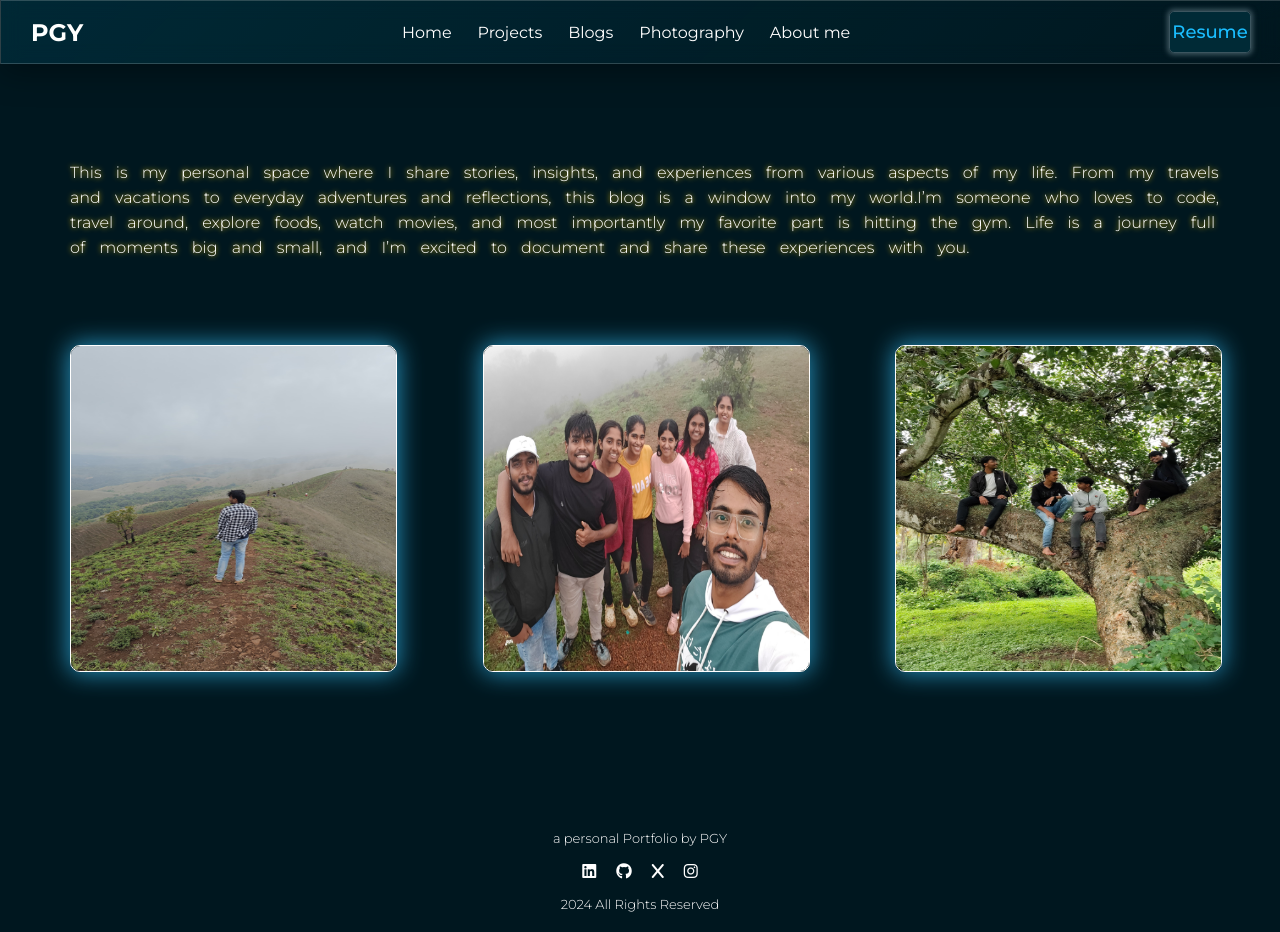
Repository: pgyunknown/pgyunknown
Page: personal_blog.html
The author's editor kept a copy of each file at every save. The page is drawn from the files as they stood at one save, then again after a run of saves.
The browser window is 1280 px wide. The pictures show the whole page.
Some web libraries are served in a nearby version.

Above is the page before, as saved 2024-08-16 22:00:19.

After the next 3 saves:
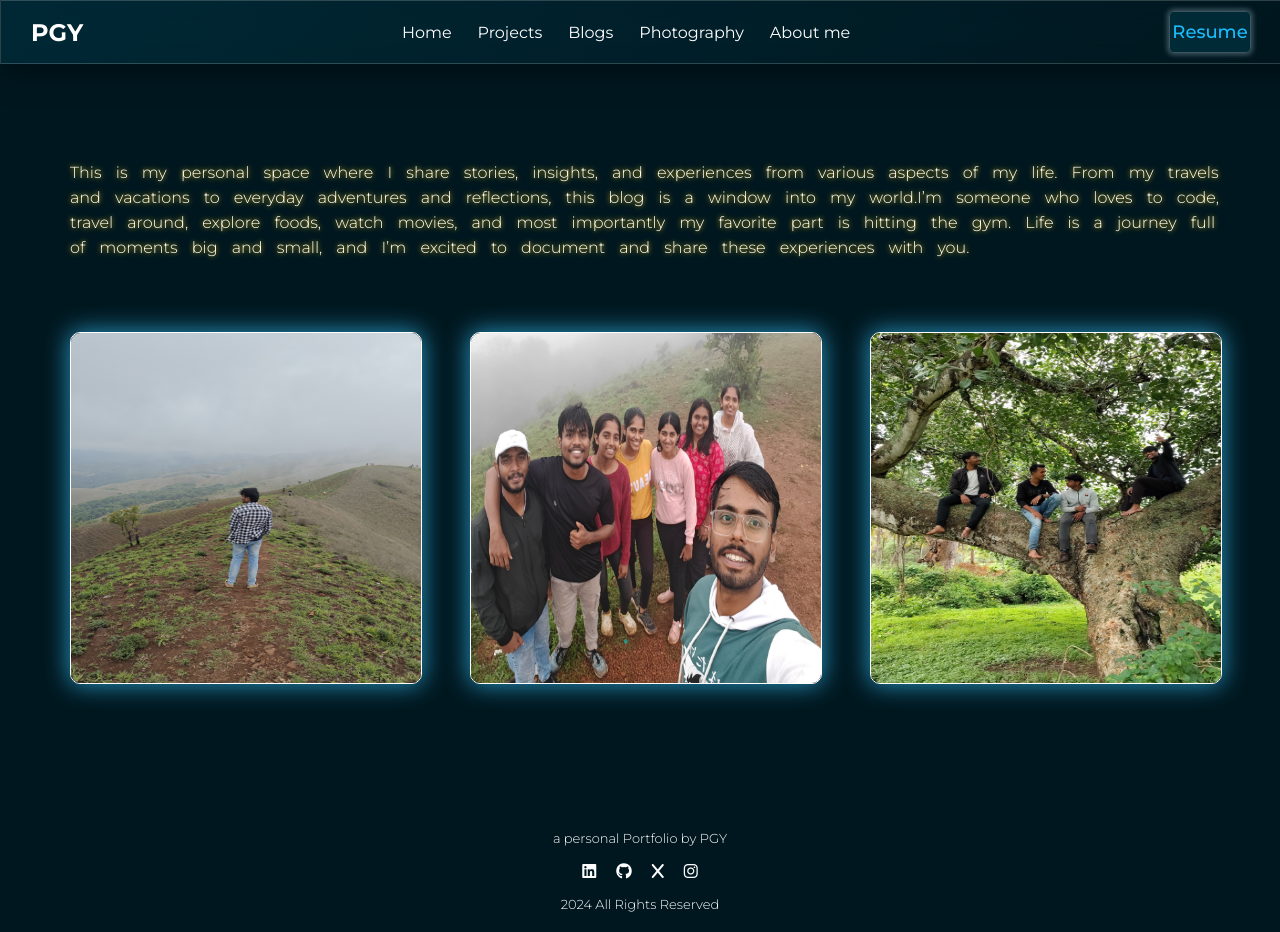
The 3 saves are shown as one change because they came seconds apart.
The last was saved 12 s later.
--- a/personal_blog.css
+++ b/personal_blog.css
@@ -144,8 +144,8 @@ main .contianer{
 }
 
 main .contianer img{
-    height: 325px;
-    width: 325px;
+    height: 350px;
+    width: 350px;
     border-radius:10px;
     border: 1px solid #ffffff;
     box-shadow: 0px 0px 25px 1px #2792bd;
